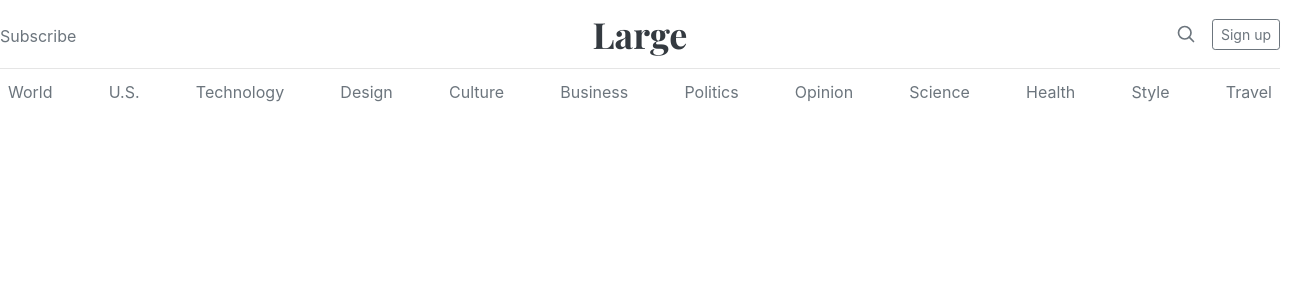
Repository: nunnunhap/Portfolio_YewMall
Page: http://localhost/layout/comm/header
An editor plug-in stored every save of this project. The page is shown before and after the next save, followed by the edit.
The browser window is 1280 px wide. The page is 1295 px wide, then 1280 px, so the pictures cover 1295 px, including what lies to the right of the window. The pictures show the whole page.
The page is this project's Thymeleaf template; nobody is signed in. The template is opened directly, without the code that normally fills it, so the values that code supplies are empty.

Above is the page before, as saved 2024-06-17 10:47:06.

After the next save:
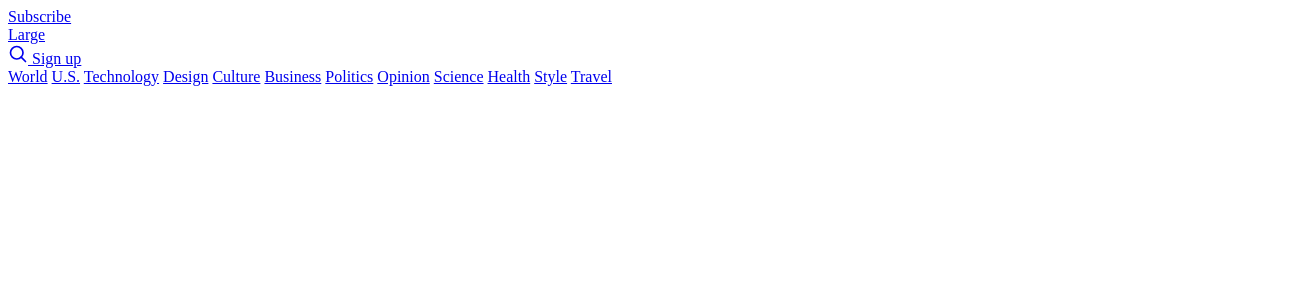
Saved 4 min 34 s later.
--- a/yewmall/src/main/resources/templates/layout/comm/header.html
+++ b/yewmall/src/main/resources/templates/layout/comm/header.html
@@ -39,16 +39,7 @@
   </div>
 
 
-    <link rel="canonical" href="https://getbootstrap.com/docs/4.6/examples/blog/">
 
-    <!-- Bootstrap core CSS -->
-<link href="https://getbootstrap.com/docs/4.6/dist/css/bootstrap.min.css" rel="stylesheet" integrity="sha384-xOolHFLEh07PJGoPkLv1IbcEPTNtaed2xpHsD9ESMhqIYd0nLMwNLD69Npy4HI+N" crossorigin="anonymous">
-
-
-    <!-- Custom styles for this template -->
-    <link href="https://fonts.googleapis.com/css?family=Playfair&#43;Display:700,900" rel="stylesheet">
-    <!-- Custom styles for this template -->
-    <link href="/css/blog.css" rel="stylesheet">
 
 </div>
 
